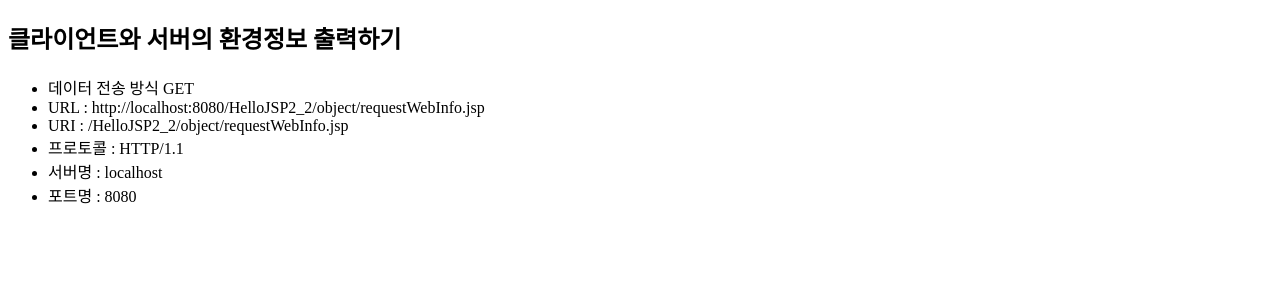
Repository: parkblacksheep/JSP-Servlet
Page: http://localhost/HelloJSP2_2/object/requestWebInfo.jsp
These files come from the project's save history. The page is drawn as it stood at one moment and after the next save; the edit follows.
The browser window is 1280 px wide. The pictures show the whole page.
The page is served by Tomcat 9.

Above is the page before, as saved 2024-07-25 01:41:20.

### HelloJSP2_2/src/main/webapp/object/requestWebInfo.jsp
<%@ page language="java" contentType="text/html; charset=UTF-8"
    pageEncoding="UTF-8"%>
<!DOCTYPE html>
<html>
	<head>
		<meta charset="UTF-8">
		<title>Insert title here</title>
	</head>

	<body>
		<h2>클라이언트와 서버의 환경정보 출력하기</h2>
		<ul>
			<li>데이터 전송 방식 <%= request.getMethod() %></li>
			<li>URL : <%= request.getRequestURL() %></li>
			<li>URI : <%= request.getRequestURI() %></li>
			<li>프로토콜 : <%= request.getProtocol() %></li>
			<li>서버명 : <%= request.getServerName() %></li>
			<li>포트명 : <%= request.getServerPort() %></li>
		</ul>
	</body>
</html>

After the next save:
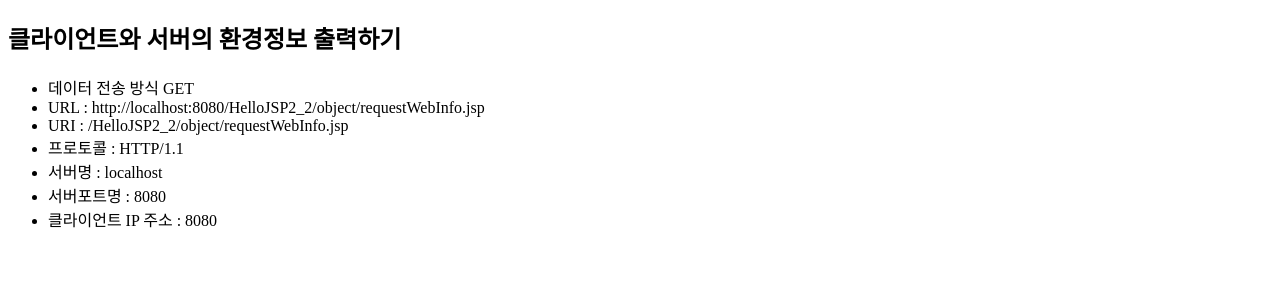
Saved 53 s later.
--- a/HelloJSP2_2/src/main/webapp/object/requestWebInfo.jsp
+++ b/HelloJSP2_2/src/main/webapp/object/requestWebInfo.jsp
@@ -15,7 +15,8 @@
 			<li>URI : <%= request.getRequestURI() %></li>
 			<li>프로토콜 : <%= request.getProtocol() %></li>
 			<li>서버명 : <%= request.getServerName() %></li>
-			<li>포트명 : <%= request.getServerPort() %></li>
+			<li>서버포트명 : <%= request.getServerPort() %></li>
+			<li>클라이언트 IP 주소  : <%= request.getServerPort() %></li>
 		</ul>
 	</body>
 </html>
